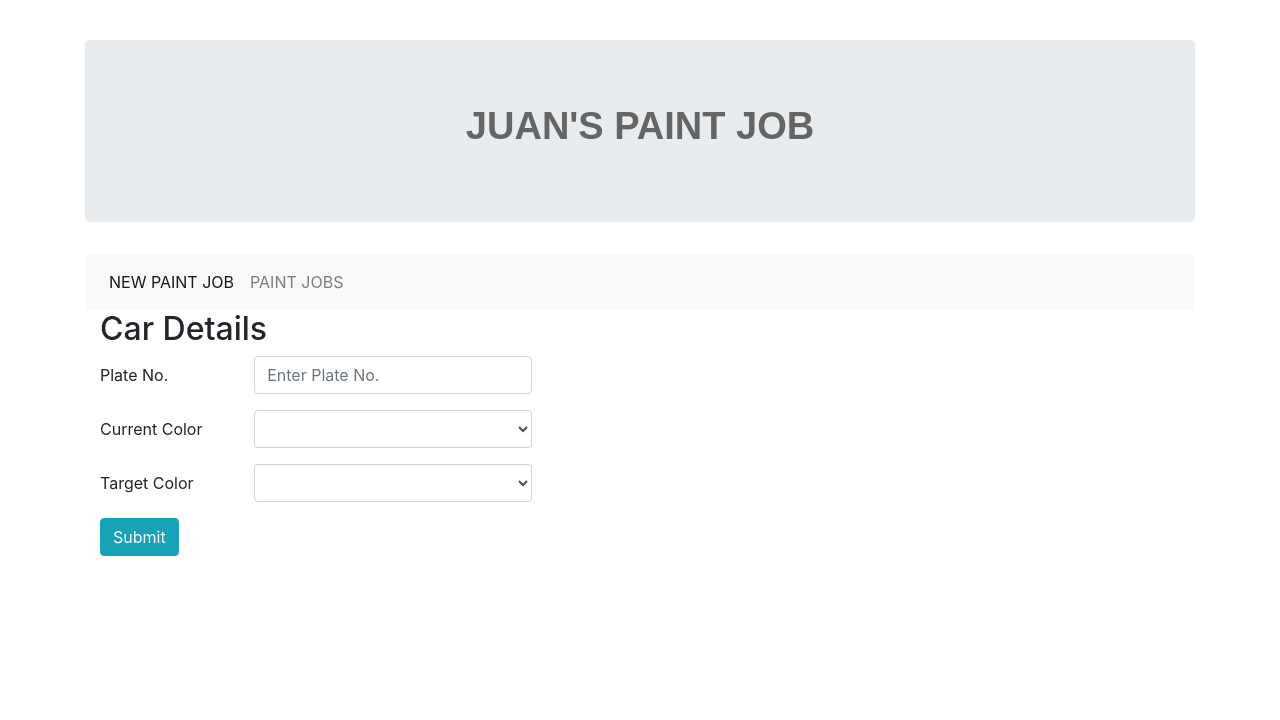
Repository: soycaringal/paint-job
Page: http://localhost/
These files come from the project's save history. The page is drawn as it stood at one moment and after the next save; the edit follows.
The browser window is 1280 px wide. The pictures show the whole page.
The page is served by the project's Laravel application, run on PHP 8.4 with Laravel 8. Other server files are loaded and not shown. Queries for data that is not in the repository find no rows.

Above is the page before, as saved 2020-02-22 19:49:44.

### routes/web.php
<?php

/*
|--------------------------------------------------------------------------
| Web Routes
|--------------------------------------------------------------------------
|
| Here is where you can register web routes for your application. These
| routes are loaded by the RouteServiceProvider within a group which
| contains the "web" middleware group. Now create something great!
|
*/

Route::get('/', 'CarController@index');
Route::post('/car', 'CarController@store')->name('car.store');

// Route::post('/car', function () {

//     return 'aw';
// });

### app/Http/Controllers/CarController.php
<?php

namespace App\Http\Controllers;

use App\Car;
use Illuminate\Http\Request;

class CarController extends Controller
{
    private $car;

    public function __construct(Car $car) {
        $this->car = $car;
    }

    /**
     * Display a listing of the resource.
     *
     * @return \Illuminate\Http\Response
     */
    public function index()
    {
        $cars = $this->car->all();
        return view('welcome', compact('cars'));
    }

    /**
     * Show the form for creating a new resource.
     *
     * @return \Illuminate\Http\Response
     */
    public function create()
    {
        //
    }

    /**
     * Store a newly created resource in storage.
     *
     * @param  \Illuminate\Http\Request  $request
     * @return \Illuminate\Http\Response
     */
    public function store(Request $request)
    {
        $data = $request->all();

        $car = new Car();
        $car->plate_no = $data['plate_no'];
        $car->current_color = $data['current_color'];
        $car->target_color = $data['target_color'];
        $car->save();

        return redirect('/');
    }

    /**
     * Display the specified resource.
     *
     * @param  \App\Car  $car
     * @return \Illuminate\Http\Response
     */
    public function show(Car $car)
    {
        //
    }

    /**
     * Show the form for editing the specified resource.
     *
     * @param  \App\Car  $car
     * @return \Illuminate\Http\Response
     */
    public function edit(Car $car)
    {
        //
    }

    /**
     * Update the specified resource in storage.
     *
     * @param  \Illuminate\Http\Request  $request
     * @param  \App\Car  $car
     * @return \Illuminate\Http\Response
     */
    public function update(Request $request, Car $car)
    {
        //
    }

    /**
     * Remove the specified resource from storage.
     *
     * @param  \App\Car  $car
     * @return \Illuminate\Http\Response
     */
    public function destroy(Car $car)
    {
        //
    }
}

### resources/views/welcome.blade.php
<!DOCTYPE html>
<html lang="{{ str_replace('_', '-', app()->getLocale()) }}">
    <head>
        <meta charset="utf-8">
        <meta name="viewport" content="width=device-width, initial-scale=1">

        <title>Laravel</title>

        <!-- Fonts -->
        <link href="https://fonts.googleapis.com/css?family=Nunito:200,600" rel="stylesheet">
        <link rel="stylesheet" href="https://stackpath.bootstrapcdn.com/bootstrap/4.1.3/css/bootstrap.min.css" integrity="sha384-MCw98/SFnGE8fJT3GXwEOngsV7Zt27NXFoaoApmYm81iuXoPkFOJwJ8ERdknLPMO" crossorigin="anonymous">
        <script src="https://code.jquery.com/jquery-3.3.1.slim.min.js" integrity="sha384-q8i/X+965DzO0rT7abK41JStQIAqVgRVzpbzo5smXKp4YfRvH+8abtTE1Pi6jizo" crossorigin="anonymous"></script>
        <script src="https://cdnjs.cloudflare.com/ajax/libs/popper.js/1.14.3/umd/popper.min.js" integrity="sha384-ZMP7rVo3mIykV+2+9J3UJ46jBk0WLaUAdn689aCwoqbBJiSnjAK/l8WvCWPIPm49" crossorigin="anonymous"></script>
        <script src="https://stackpath.bootstrapcdn.com/bootstrap/4.1.3/js/bootstrap.min.js" integrity="sha384-ChfqqxuZUCnJSK3+MXmPNIyE6ZbWh2IMqE241rYiqJxyMiZ6OW/JmZQ5stwEULTy" crossorigin="anonymous"></script>
        <link href="/css/main.css" rel="stylesheet">
        <script src="https://code.jquery.com/jquery-3.4.1.min.js"
                integrity="sha256-CSXorXvZcTkaix6Yvo6HppcZGetbYMGWSFlBw8HfCJo=" crossorigin="anonymous"></script>
    </head>
    <body>
        <div class="container">
            <header>
                <div class="jumbotron text-center">
                    <h1>Juan's Paint Job</h1>
                </div>
                <nav class="navbar navbar-expand-lg navbar-light bg-light">
                    <div class="collapse navbar-collapse" id="navbarText">
                        <ul class="navbar-nav mr-auto">
                            <li class="nav-item active">
                                <a class="nav-link" href="/">NEW PAINT JOB</a>
                            </li>
                            <li class="nav-item">
                                <a class="nav-link" href="/jobs">PAINT JOBS</a>
                            </li>
                            </li>
                        </ul>
                    </div>
                </nav>
            </header>

            <main>
                <section class="col-5">

                        <div class="cars">

                        </div>

                    <h2>Car Details</h2>
                    <form action="{{route('car.store')}}" method="post">
                        @csrf
                        <!-- START: Plate No. -->
                        <div class="form-group row">
                            <label class="col-4 col-form-label">Plate No.</label>
                            <div class="col-8   ">
                                <input type="text" name="plate_no" class="form-control" placeholder="Enter Plate No.">
                            </div>
                        </div>
                        <!-- END: Plate No. -->
                        <!-- START: Current Color -->
                        <div class="form-group row">
                            <label class="col-4 col-form-label">Current Color</label>
                            <div class="col-8   ">
                                <select name="current_color"class="form-control">
                                    <option value=""></option>
                                    <option value="red">Red</option>
                                    <option value="green">Green</option>
                                    <option value="blue">Blue</option>
                                </select>
                            </div>
                        </div>
                        <!-- END: Current Color -->
                        <!-- START: Target Color -->
                        <div class="form-group row">
                            <label class="col-4 col-form-label">Target Color</label>
                            <div class="col-8   ">
                                <select name="target_color"class="form-control">
                                    <option value=""></option>
                                    <option value="red">Red</option>
                                    <option value="green">Green</option>
                                    <option value="blue">Blue</option>
                                </select>
                            </div>
                        </div>
                        <!-- END: Target Color -->
                        <button type="submit" class="btn btn-info">Submit</button>
                    </form>
                </section>
            </main>

        </div>

        <script>
        $(document).ready(() => {
            poll();
        })

        function getData() {
            $.get('/api/cars')
            .then((res) => {

            });

            poll();
        }
        function poll() {
            setTimeout(() => {
                getData()
            }, 3000);
        }



        </script>
    </body>
</html>

### public/css/main.css
header {
    margin-top: 40px;
}

header h1 {
    font-family: 'arial';
    font-weight: bold;
    font-size: 38px;
    text-transform: uppercase;
    color: #656565;
}

.navbar {
    /* background-color: #e9695b; */
}

Loaded but not shown: app/Http/Controllers/Controller.php (common file); app/Car.php (common file)

After the next save:
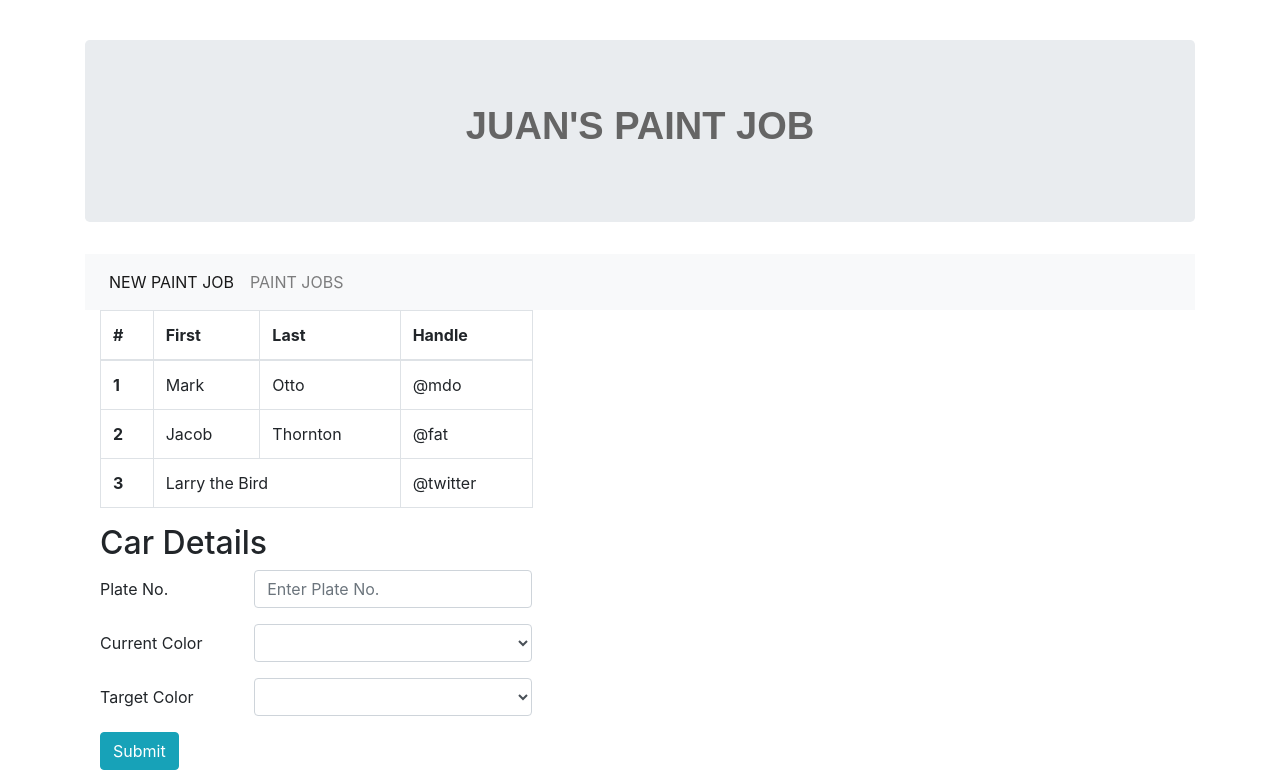
Saved 50 min 19 s later.
--- a/resources/views/welcome.blade.php
+++ b/resources/views/welcome.blade.php
@@ -39,10 +39,37 @@
 
             <main>
                 <section class="col-5">
-
-                        <div class="cars">
-
-                        </div>
+                    <div class="cars">
+                        <table class="table table-bordered">
+                            <thead>
+                                <tr>
+                                    <th scope="col">#</th>
+                                    <th scope="col">First</th>
+                                    <th scope="col">Last</th>
+                                    <th scope="col">Handle</th>
+                                </tr>
+                            </thead>
+                            <tbody>
+                                <tr>
+                                    <th scope="row">1</th>
+                                    <td>Mark</td>
+                                    <td>Otto</td>
+                                    <td>@mdo</td>
+                                </tr>
+                                <tr>
+                                    <th scope="row">2</th>
+                                    <td>Jacob</td>
+                                    <td>Thornton</td>
+                                    <td>@fat</td>
+                                </tr>
+                                <tr>
+                                    <th scope="row">3</th>
+                                    <td colspan="2">Larry the Bird</td>
+                                    <td>@twitter</td>
+                                </tr>
+                            </tbody>
+                        </table>
+                    </div>
 
                     <h2>Car Details</h2>
                     <form action="{{route('car.store')}}" method="post">
